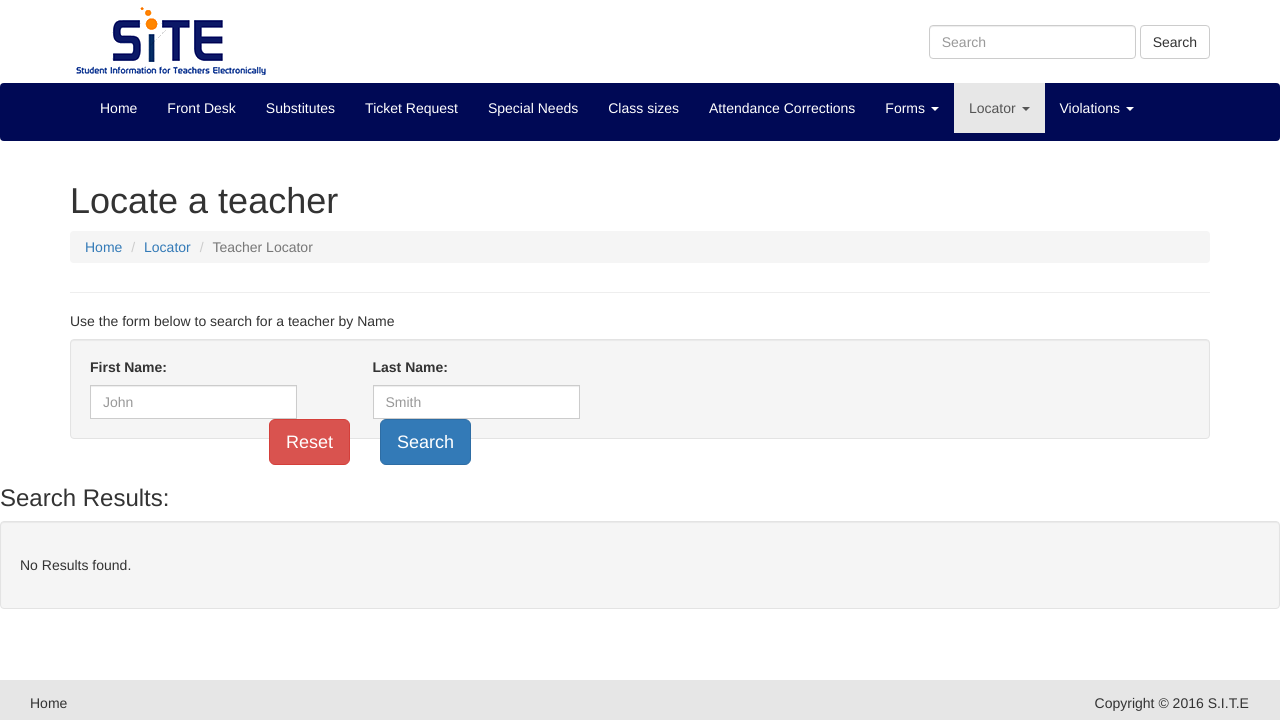
Repository: theFeez/S.I.T.E.
Page: workspace/teacher_locator.html
The author's editor kept a record of every edit. The page is drawn from the files as they stood at one moment, then again after the next edit.
The browser window is 1280 px wide. The pictures show the whole page.
Some web libraries are served in a nearby version.

Above is the page before.

### workspace/teacher_locator.html
<!DOCTYPE html>
<html lang="en">

<head>
  <meta charset="utf-8">
  <meta http-equiv="X-UA-Compatible" content="IE=edge">
  <meta name="viewport" content="width=device-width, initial-scale=1">
  <title>S.I.T.E</title>

  <!-- Bootstrap -->
  <link href="css/bootstrap.css" rel="stylesheet">

  <!--[if lt IE 9]>
      <script src="https://oss.maxcdn.com/html5shiv/3.7.2/html5shiv.min.js"></script>
      <script src="https://oss.maxcdn.com/respond/1.4.2/respond.min.js"></script>
    <![endif]-->
</head>

<body>
  <!-- Static header -->
  <div id="header">
    <nav class="navbar navbar-default navbar-white navbar-static-top">
      <div class="container">
        <div class="navbar-header">
          <a class="navbar-left" img="#"><img alt="Logo" src="images/site.png" class="logo"></a>
        </div>
        <form class="navbar-form navbar-right" role="search">
          <div class="form-group">
            <input type="text" class="form-control" placeholder="Search">
          </div>
          <button type="submit" class="btn btn-default">Search</button>
        </form>
      </div>
    </nav>
  </div>
  <div id="fixed">

  </div>
  <!-- Static navbar -->
  <nav class="navbar navbar-default nav_bar" style="margin-bottom:0">
    <div class="container">
      <div class="navbar-header">
        <button type="button" class="navbar-toggle collapsed" data-toggle="collapse" data-target="#bs-example-navbar-collapse-1" aria-expanded="false">
          <span class="sr-only">Toggle navigation</span>
          <span class="icon-bar"></span>
          <span class="icon-bar"></span>
          <span class="icon-bar"></span>
        </button>
        <div class="collapse navbar-collapse" id="bs-example-navbar-collapse-1">
          <ul class="nav navbar-nav">
            <!--HOME ACTIVE BTN--->
            <li><a href="main.html">Home </a></li>


            <!-- FRONT DESK BTN--->
            <li><a href="front_desk.html">Front Desk<span class="sr-only">(current)</span></a></li>

            <!-- SUBSTITUTE BTN--->
            <li><a href="substitutes.html">Substitutes</a></li>

            <!-- TICKET REQUEST BTN--->
            <li><a href="ticket_request.html">Ticket Request</a></li>

            <!-- FRONT DESK BTN--->
            <li><a href="special_needs.html">Special Needs</a></li>

            <!-- CLASS SIZE BTN--->
            <li><a href="class_sizes.html">Class sizes</a></li>

            <!-- ATTENDANCE CORRECTIONS BTN--->
            <li><a href="attendance_corrections.html">Attendance Corrections</a></li>

            <!-- FORMS DROPDOWN--->
            <li class="dropdown">
              <a href="#" class="dropdown-toggle" data-toggle="dropdown" role="button" aria-haspopup="true" aria-expanded="false">Forms <span class="caret"></span></a>
              <ul class="dropdown-menu">
                <li><a href="fieldtrip.html">Fieldtrip</a></li>
                <li><a href="prom_release.html">Prom Release</a></li>
                <li><a href="audit.html">Audit</a></li>
                <li role="separator" class="divider"></li>
                <li><a href="miscellaneous.html">Miscellaneous</a></li>
              </ul>

              <!-- FORMS DROPDOWN--->
              <li class="dropdown active">
                <a href="#" class="dropdown-toggle" data-toggle="dropdown" role="button" aria-haspopup="true" aria-expanded="false">Locator <span class="caret"></span></a>
                <ul class="dropdown-menu">
                  <li><a href="student_locator.html">Student Locator</a></li>
                  <li class="active"><a href="teacher_locator.html">Teacher Locator</a></li>
                </ul>
              </li>
            <!-- VIOLATIONS BTN--->
              <li class="dropdown">
                <a href="#" class="dropdown-toggle" data-toggle="dropdown" role="button" aria-haspopup="true" aria-expanded="false">Violations <span class="caret"></span></a>
                <ul class="dropdown-menu">
                  <li><a href="uniform_violation.html">Uniform Violation</a></li>
                  <li><a href="detention.html">Detention</a></li>
                  <li><a href="suspension.html">Suspension</a></li>
                </ul>
              </li>
          </ul>
        </div>
      </div>
    </div>
  </nav>
 <div class="container">
    <div class="page-header">
      <h1>Locate a teacher</h1>
      <ol class="breadcrumb">
        <li><a href="#">Home</a></li>
        <li><a href="#">Locator</a></li>
        <li class="active">Teacher Locator</li>
      </ol>
    </div>

  </div>
  <div class="container" style="margin-bottom:20px;">
    <p> Use the form below to search for a teacher by Name</p>
    <div class="well">
      <form action="demo.asp" method="get">
        <div class="row">
          <div class="col-lg-3">
            <p><b>First Name:</b></p>
            <div class="input-group">
              <input type="text" class="form-control" placeholder="John">
            </div>
            <!-- /input-group -->
          </div>
          <!-- /.col-lg-6 -->
          <div class="col-lg-3">
            <p><b>Last Name:</b></p>
            <div class="input-group">
              <input type="text" class="form-control" placeholder="Smith">
            </div>
            <!-- /input-group -->
          </div>
          <!-- /.col-lg-6 -->
      </div>
        <!-- /.row -->
          <div class="col-lg-3">
            <button type="reset" value="Reset" class="btn btn-lg btn-danger pull-right">Reset</button>
            <!--<button type="button" class="btn btn-lg btn-danger pull-right">&nbsp Clear &nbsp</button>-->
          </div>
          <div class="col-lg-3">
            <button type="button" class="btn btn-lg btn-primary">Search</button>
          </div>
      </form>
      </div>
    </div>
 <h3>Search Results:</h3>
    <div class="well">
      <br>
      No Results found.
      <br>
      <br>
      </div>
  </div>
  </div>
    <!-- Footer-->
   <nav class="navbar-default-grey footer">
    <div class="container-fluid">
      <p class="navbar-text navbar-text-footer navbar-left">Home</p>
      <p class="navbar-text navbar-text-footer navbar-right">Copyright &#169; 2016 S.I.T.E &nbsp &nbsp &nbsp &nbsp</p>
    </div>
  </nav>
  <!-- jQuery (necessary for Bootstrap's JavaScript plugins) -->
  <script src="https://ajax.googleapis.com/ajax/libs/jquery/1.11.3/jquery.min.js"></script>
  <script src="script.js"></script>
  <!-- Include all compiled plugins (below), or include individual files as needed -->
  <script src="js/bootstrap.min.js"></script>
</body>
</html>

### workspace/script.js
    $(function () {
		function closeSearch() {
            var $form = $('.navbar-collapse form[role="search"].active')
    		$form.find('input').val('');
			$form.removeClass('active');
		}

		// Show Search if form is not active // event.preventDefault() is important, this prevents the form from submitting
		$(document).on('click', '.navbar-collapse form[role="search"]:not(.active) button[type="submit"]', function(event) {
			event.preventDefault();
			var $form = $(this).closest('form'),
				$input = $form.find('input');
			$form.addClass('active');
			$input.focus();
		});
		// ONLY FOR DEMO // Please use $('form').submit(function(event)) to track from submission
		// if your form is ajax remember to call `closeSearch()` to close the search container
		$(document).on('click', '.navbar-collapse form[role="search"].active button[type="submit"]', function(event) {
			event.preventDefault();
			var $form = $(this).closest('form'),
				$input = $form.find('input');
			$('#showSearchTerm').text($input.val());
            closeSearch()
		});
    });

    // fixes the navbar thing to stick to top
    $(document).ready(function() {
  $(window).scroll(function () {

      //if you hard code, then use console
      //.log to determine when you want the
      //nav bar to stick.
    if ($(window).scrollTop() > 71) {
    	$('#fixed').show();
      $('.nav_bar').addClass('navbar-fixed-top');
    }

    if ($(window).scrollTop() < 71) {
    	$('#fixed').hide();
      $('.nav_bar').removeClass('navbar-fixed-top');
    }
  });
});


//smooth scroll to top
$("#homebtn").click(function() {
    $('html, body').animate({
        scrollTop: $("#header").offset().top
    }, 500);
});

//promt for password to exsit front desk kiosk
function passWord() {
var testV = 1;
var pass1 = prompt('Please Enter The Password',' ');
while (testV < 2) {
if (!pass1)
window.open("front_desk.html","_self");
if (pass1.toLowerCase() == "admin") {
window.open("main.html","_self");
break;
}
testV+=1;
var pass1 =
prompt('Access Denied - Password Incorrect, Please Try Again.','Password');
}
if (pass1.toLowerCase()!="password" & testV ==3)
history.go(-1);
return " ";
}

//for PTSA Page
var tabbed ="shop";
$("#donate").click(function(){
    $("#shopbody").hide();
    $("#paybody").hide();
    $("#"+tabbed).removeClass('active');
    $("#donate").addClass('active');
    $("#donatebody").show();
    tabbed="donate";
});

$("#payment").click(function(){
    $("#shopbody").hide();
    $("#donatebody").hide();
    $("#"+tabbed).removeClass('active');
    $("#payment").addClass('active');
    $("#paybody").show();
    tabbed="payment";
});

$("#shop").click(function(){
    $("#donatebody").hide();
    $("#paybody").hide();
    $("#"+tabbed).removeClass('active');
    $("#shopbody").show();
    $("#shop").addClass('active');
    tabbed="shop";
});

 function paygood(){
    $("#paybanner").fadeIn(1000).delay(2000).fadeOut(3000);
}

Loaded but not shown: workspace/css/bootstrap.css (library); workspace/js/bootstrap.min.js (library)

After the next edit:
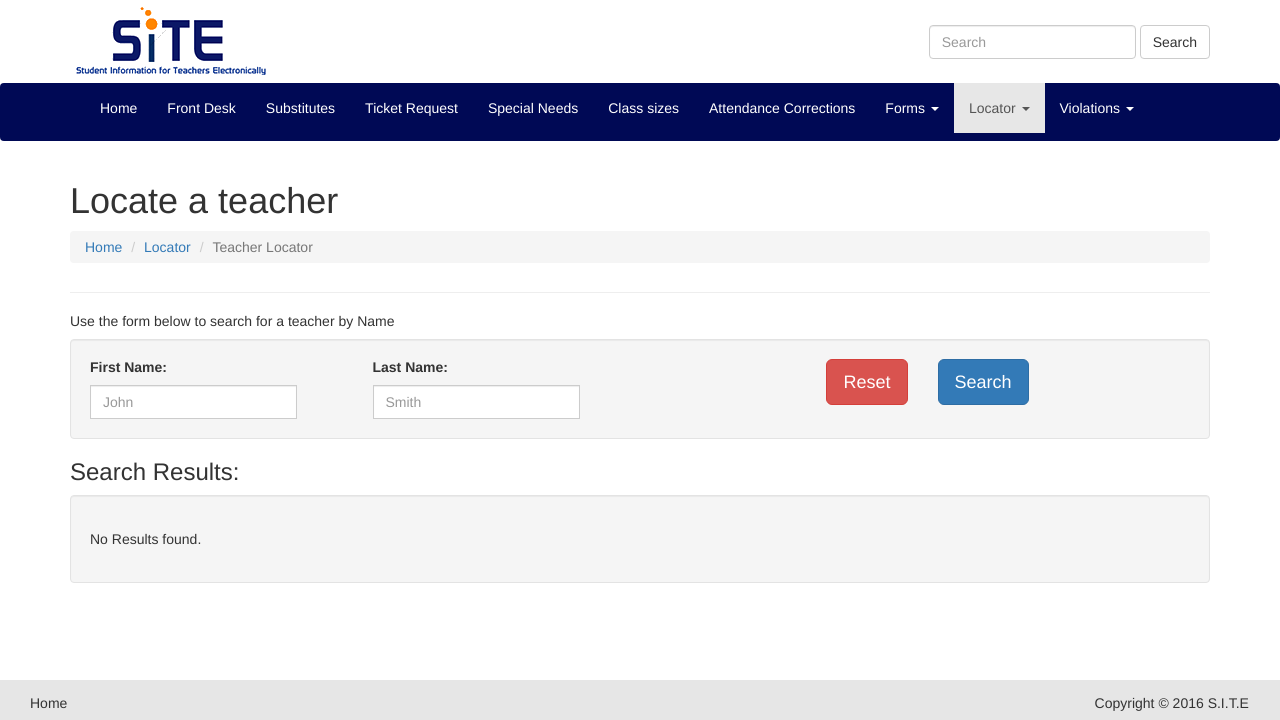
The edit:
--- a/workspace/teacher_locator.html
+++ b/workspace/teacher_locator.html
@@ -132,11 +132,8 @@
             <div class="input-group">
               <input type="text" class="form-control" placeholder="Smith">
             </div>
-            <!-- /input-group -->
           </div>
-          <!-- /.col-lg-6 -->
-      </div>
-        <!-- /.row -->
+
           <div class="col-lg-3">
             <button type="reset" value="Reset" class="btn btn-lg btn-danger pull-right">Reset</button>
             <!--<button type="button" class="btn btn-lg btn-danger pull-right">&nbsp Clear &nbsp</button>-->
